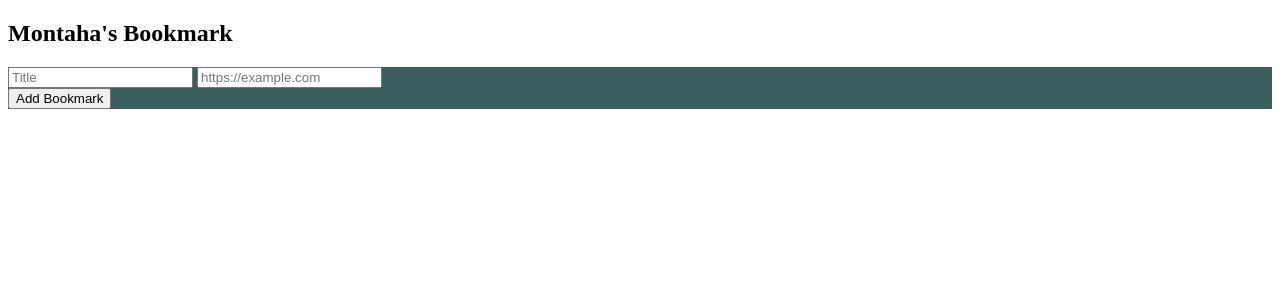
Repository: eidimontaha18-maker/finalproject
Page: index.html
An editor plug-in stored every save of this project. The page is shown before and after the next save, followed by the edit.
The browser window is 1280 px wide. The pictures show the whole page.

Above is the page before, as saved 2025-11-25 23:19:58.

### index.html
<!DOCTYPE html>
<html lang="en">
<head>
    <meta charset="UTF-8">
    <meta name="viewport" content="width=device-width, initial-scale=1.0">
    <title>Montaha's Bookmark</title>
    <link rel="stylesheet" href="style.css">
</head>
<body>
    <nav>
        <h1>Montaha's Bookmark</h1>
    </nav>

    <main>
        <div class="addbookmark">
            <input type="text" placeholder="Title" />
            <input type="text" placeholder="https://example.com" />
            <br>
            <button>Add Bookmark</button>
        </div>
    </main>

</body>
</html>

### style.css
.addbookmark{
    background-color: rgb(59, 94, 94);
    padding: 10px
    width: 100px;
}

After the next save:
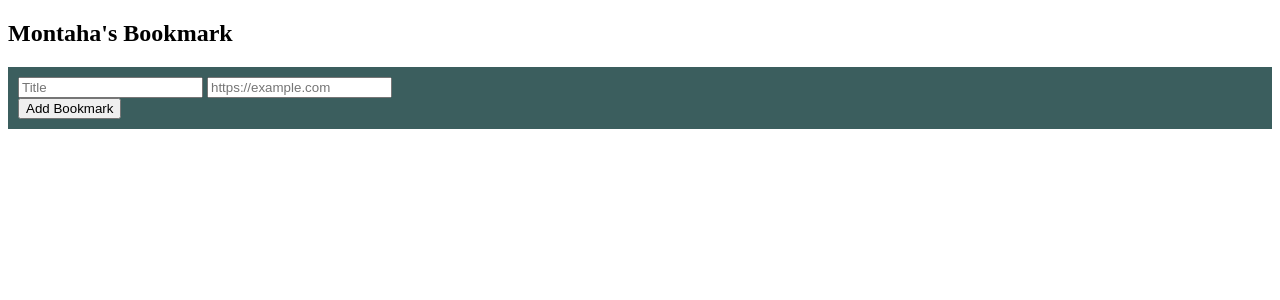
Saved 42 s later.
--- a/style.css
+++ b/style.css
@@ -1,5 +1,5 @@
 .addbookmark{
     background-color: rgb(59, 94, 94);
-    padding: 10px
-    width: 100px;
+    padding: 10px;
+    p
 }
